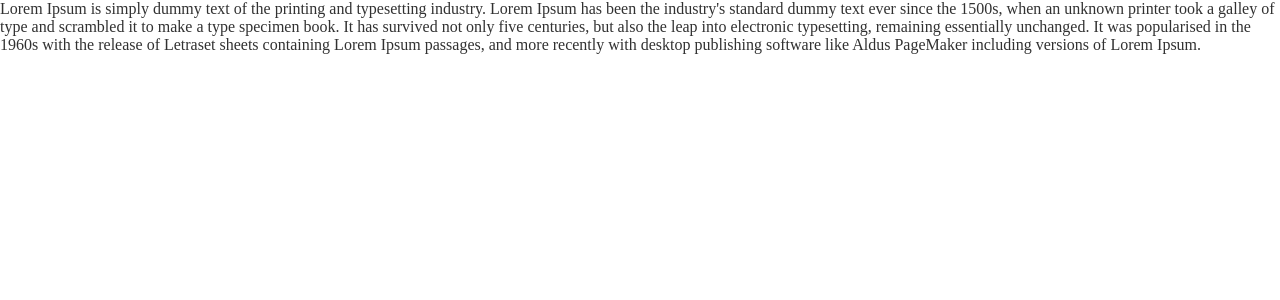
Repository: AbiezerSidonioJoseOdanacaJunior/projeto-travelgram
Page: index.html
These files come from the project's save history. The page is drawn as it stood at one moment and after the next save; the edit follows.
The browser window is 1280 px wide. The pictures show the whole page.
Some web fonts or font styles are not loaded; a fallback is used.

Above is the page before, as saved 2024-11-12 15:40:48.

### index.html
<!DOCTYPE html>
<html lang="pt-br">
<head>
    <meta charset="UTF-8">
    <meta name="viewport" content="width=device-width, initial-scale=1.0">
    <link rel="preconnect" href="https://fonts.googleapis.com">
    <link rel="preconnect" href="https://fonts.gstatic.com" crossorigin>
    <title>Travelgram</title>
    <link rel="stylesheet" href="styles/global.css">
    <link href="https://fonts.googleapis.com/css2?family=Alice&family=Playfair+Display:ital,wght@0,400..900;1,400..900&family=Poppins:wght@400;700&display=swap" rel="stylesheet">
</head>
<body>
    <p>Lorem Ipsum is simply dummy text of the printing and typesetting industry. Lorem Ipsum has been the industry's standard dummy text ever since the 1500s, when an unknown printer took a galley of type and scrambled it to make a type specimen book. It has survived not only five centuries, but also the leap into electronic typesetting, remaining essentially unchanged. It was popularised in the 1960s with the release of Letraset sheets containing Lorem Ipsum passages, and more recently with desktop publishing software like Aldus PageMaker including versions of Lorem Ipsum.</p>

</body>
</html>

### styles/global.css
* {
    padding: 0;
    margin: 0;
    box-sizing: border-box;
}

:root {
    --brand-clor: #EF5F4C;
    --backgoround-clor: #FFFFFF;
    --surface-color: #F5F5F5;
    --skeleton-color: #D9D9D9;
    --shape-tranparency: #ffffff90;
    --text-color-primary: #313131;
    --text-color-secondary: #6C6C6C;
    --font-family: "Poppins", sans-serif;
    --text: 16px/150% var(--font-family);
    --text-lg: bold 32px/125% var(--font-family);
    --text-md: 14px/170% var(--font-family);
    --text-sm: 12px/170% var(--font-family) ;

}

body {
    color: var(--text-color-primary);
    background-color: var(--backgoround-clor);
}

After the next save:
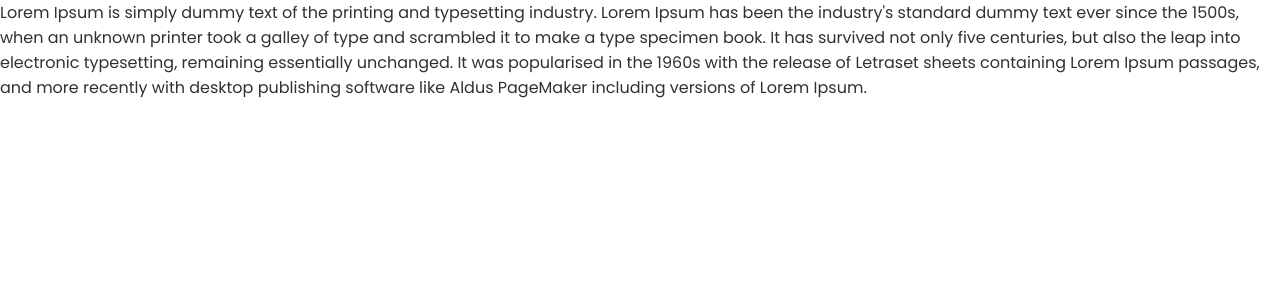
Saved 13 s later.
--- a/styles/global.css
+++ b/styles/global.css
@@ -23,4 +23,5 @@
 body {
     color: var(--text-color-primary);
     background-color: var(--backgoround-clor);
+    font-family: var(--font-family);
 }

After the save that followed:
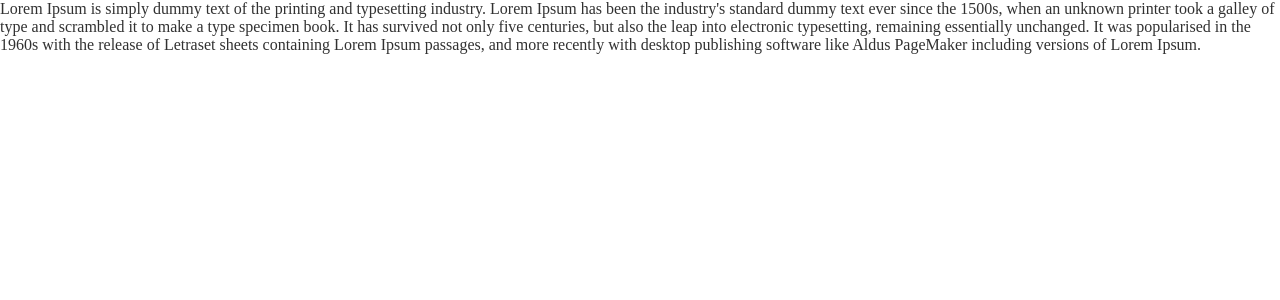
Saved 23 s later.
--- a/styles/global.css
+++ b/styles/global.css
@@ -23,5 +23,5 @@
 body {
     color: var(--text-color-primary);
     background-color: var(--backgoround-clor);
-    font-family: var(--font-family);
+    font-family: var(--text);
 }
